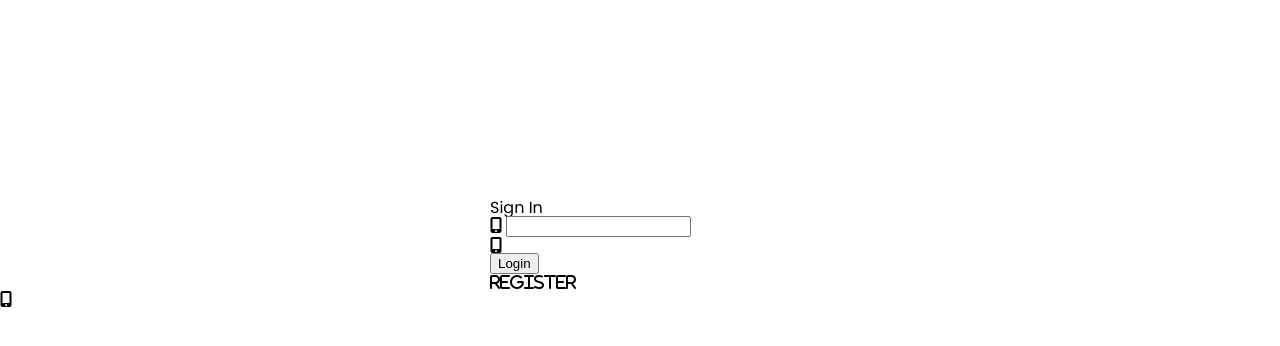
Repository: haphuocsang1801/github-group4
Page: login.html
An editor plug-in stored every save of this project. The page is shown before and after the next save, followed by the edit.
The browser window is 1280 px wide. The pictures show the whole page.
Some web libraries are served in a nearby version. The style sheet was rebuilt from its Sass, Less or Tailwind sources for each picture, by a compiler version that may differ from the author's.

Above is the page before, as saved 2021-09-17 16:14:38.

### login.html
<!DOCTYPE html>
<html lang="en">
  <head>
    <meta charset="UTF-8" />
    <meta http-equiv="X-UA-Compatible" content="IE=edge" />
    <meta name="viewport" content="width=device-width, initial-scale=1.0" />
    <link
      href="https://fonts.googleapis.com/css2?family=Poppins:wght@300;400;700&display=swap"
      rel="stylesheet"
    />
    <script
      src="https://kit.fontawesome.com/85150e2613.js"
      crossorigin="anonymous"
    ></script>
    <link rel="stylesheet" href="./css/reset.css" />
    <link rel="stylesheet" href="./css/style.css" />
    <title>Document</title>
  </head>
  <body>
    <div class="container-login">
      <form action="" method="post">
        <div class="login-title">Sign In</div>
        <div class="login-item">
          <i class="fas fa-mobile-alt">
          <input type="text" class="login-phone__input" />
        </div>
        <div class="login-submit">
          <input type="submit" class="btn" value="Login" />
        </div>
        <div class="login-register">Register</div>
      </form>
    </div>
  </body>
</html>

### css/reset.css
/* http://meyerweb.com/eric/tools/css/reset/
   v2.0 | 20110126
   License: none (public domain)
*/
/*
<link rel="preconnect" href="https://fonts.googleapis.com">
<link rel="preconnect" href="https://fonts.gstatic.com" crossorigin>
<link href="https://fonts.googleapis.com/css2?family=Poppins:wght@300;400;700&display=swap" rel="stylesheet">
*/
html, body, div, span, applet, object, iframe,
h1, h2, h3, h4, h5, h6, p, blockquote, pre,
a, abbr, acronym, address, big, cite, code,
del, dfn, em, img, ins, kbd, q, s, samp,
small, strike, strong, sub, sup, tt, var,
b, u, i, center,
dl, dt, dd, ol, ul, li,
fieldset, form, label, legend,
table, caption, tbody, tfoot, thead, tr, th, td,
article, aside, canvas, details, embed,
figure, figcaption, footer, header, hgroup,
menu, nav, output, ruby, section, summary,
time, mark, audio, video {
	margin: 0;
	padding: 0;
	border: 0;
	font-size: 100%;
	font: inherit;
	vertical-align: baseline;
}
/* HTML5 display-role reset for older browsers */
article, aside, details, figcaption, figure,
footer, header, hgroup, menu, nav, section {
	display: block;
}
body {
	line-height: 1;
	font-family: 'Poppins', sans-serif;
}
ol, ul {
	list-style: none;
}
blockquote, q {
	quotes: none;
}
blockquote:before, blockquote:after,
q:before, q:after {
	content: '';
	content: none;
}
table {
	border-collapse: collapse;
	border-spacing: 0;
}

### scss/style.scss
@import "variable";
@import "base";
@import "header";
@import "footer";
@import "login";

### scss/_variable.scss
$gray-dark:#272E35;
$primary-color:#E2783C;
$background:#fcf9f6;

### scss/_base.scss
.wrapper{
    max-width: 1440px;
    margin: 0 auto;
}
 .container-login{

   width: 300px;
   margin: 0 auto;
   margin-top: 200px;
 }

.button{
    transition: all 0.2s linear;
    display: inline-block;
    font-size: 16px;
    color: $gray-dark;
    padding: 20px 30px;
    border-radius: 10px;
    outline: none;
    cursor: pointer;
    background-color: transparent;
    line-height: normal;
    text-decoration: none;
    &--primary{
      color: white;
      background-color: $primary-color;
    }

}

### scss/_header.scss
.header {
  padding-top: 43px;
  display: flex;
  align-items: center;
  justify-content: space-between;
  &-logo {
    &-image {
      width: 235px;
    }
  }
  &-menu {
    display: flex;
    align-items: center;
    gap: 60px;
    &-product{
        display: flex;
        align-items: center;
        gap: 5px;
    }
    &-child{
        position: absolute;
        top:30px;
        width: 170px;
        display: flex;
        flex-direction: column;
        gap: 35px;
        background-color: $background;
        border-radius: 5px;
        padding: 20px 10px;
        opacity: 0;
        visibility: hidden;
        transition: all 0.25s;
    }
    &-item {
        position: relative;
      a {
        color: $gray-dark;
        text-decoration: none;
        &:hover {
          color: $primary-color;
          transition: color 0.2s ease-in-out;
        }
      }
    }
  }
  &-cart{
      font-size: 35px;
      cursor: pointer;
      :hover{
          color: $primary-color;
      }
  }
  &-search {
    padding: 10px;
    background-color: #f3f4f4;
    border-radius: 8px;
    display: flex;
    flex-direction: row;
    margin-right: -20px;
    transition: all 0.25s linear;
    &:hover {
      background-color: white;
      -webkit-box-shadow: 0px 0px 25px 0px rgba(226, 120, 60, 0.8);
      -moz-box-shadow: 0px 0px 25px 0px rgba(226, 120, 60, 0.8);
      box-shadow: 0px 0px 25px 0px rgba(226, 120, 60, 0.8);
    }
    &-icon {
      font-size: 30px;
      cursor: pointer;
    }
    input {
      width: 120px;
      font-size: 15px;
      width: inherit;
      padding: 10px 0;
      border: 0;
      border-radius: #f3f4f4;
      background-color: inherit;
      outline: none;
    }
  }
}
.hover:hover .header-menu-child{
    opacity: 1;
    visibility: visible;

}

### scss/_footer.scss
.footer {
  margin-top: 500px;
  padding: 40px 40px;
  background-color: $background;
  &-main {
    display: grid;
    grid-template-columns: repeat(2, 1fr);
    gap: 50px;
  }
  &-logo {
    display: inline-block;
    margin-bottom: 50px;
  }
  &-desc {
    font-size: 16px;
    margin-bottom: 40px;
    line-height: 1.5;
  }
  .social {
    display: flex;
    align-items: center;
    gap: 0 30px;
  }
  .social-item {
    cursor: pointer;
    color: $gray-dark;
    &:hover {
      color: $primary-color;
    }
  }
  &-heading {
    font-size: 18px;
    color: $gray-dark;
    margin-bottom: 40px;
    font-weight: bold;
  }
  &-links {
    list-style: none;
  }
  &-item {
    margin-bottom: 30px;
  }
  &-link {
    display: inline-block;
    color: $gray-dark;
  }
  &-info {
    list-style: none;
    margin-bottom: 40px;
  }
  &-info li {
    margin-bottom: 15px;
    line-height: 1.6;
  }
  &-highlight {
    color: white;
  }
  &-bottom {
    background-color: $gray-dark;
    line-height: 1.6;
  }
  &-bottom a {
    text-decoration: inherit;
    color: white;
  }
}

Loaded but not shown: scss/_login.scss (empty)

After the next save:
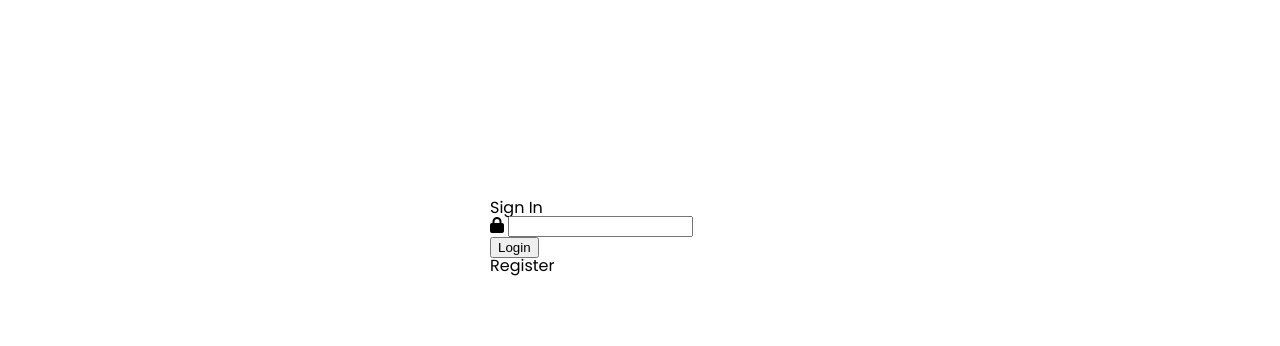
Saved 28 s later.
--- a/login.html
+++ b/login.html
@@ -21,7 +21,7 @@
       <form action="" method="post">
         <div class="login-title">Sign In</div>
         <div class="login-item">
-          <i class="fas fa-mobile-alt">
+          <i class="fas fa-lock"></i>
           <input type="text" class="login-phone__input" />
         </div>
         <div class="login-submit">
